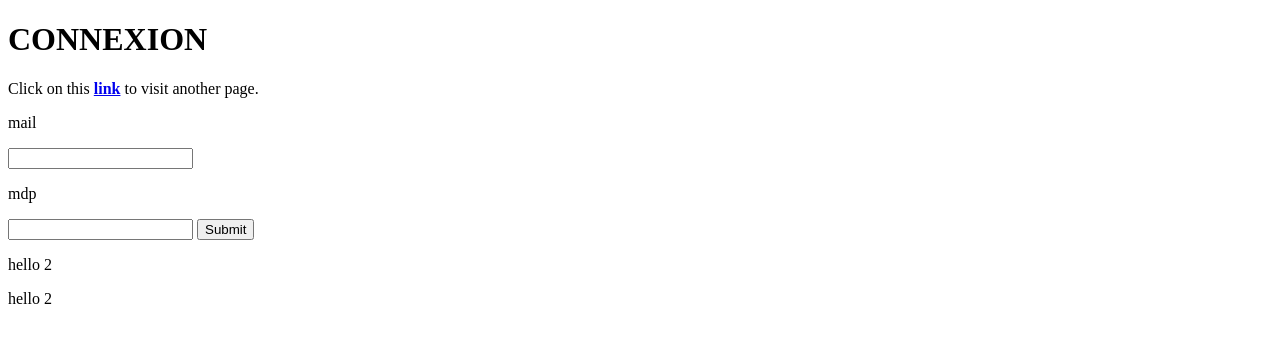
Repository: Shakibaei-2020/cra_spring_web
Page: http://localhost/cra/WEB-INF/view/Connexion.jsp
These files come from the project's save history. The page is drawn as it stood at one moment and after the next save; the edit follows.
The browser window is 1280 px wide. The pictures show the whole page.
The page is served by Tomcat 9. Nobody is signed in. Other server files are loaded and not shown. The template is opened directly, without the code that normally fills it, so the values that code supplies are empty.

Above is the page before, as saved 2021-04-16 13:02:50.

### Wrokspace Spring Projet Web/cra/src/main/webapp/WEB-INF/view/Connexion.jsp
<!DOCTYPE html>
<%@ taglib prefix="spring" uri="http://www.springframework.org/tags"%>
<html lang="en">
<body>
    <div>
        <div>
            <h1>CONNEXION</h1>
            Click on this <strong><a href="next">link</a></strong> to visit another page.
        </div>
    </div>



<form name="home" action="/home/Connexion" method="post">

	<p>mail</p>
    <input name="fieldName" type="text" />
    <p>mdp</p>
    <input name="fieldAge" type="text" />

    <input href="next" type="submit" value="Submit">
<form>

<p> hello 2 ${message2}</p>
<p> hello 2 ${message3}</p>


</body>
</html>

After the next save:
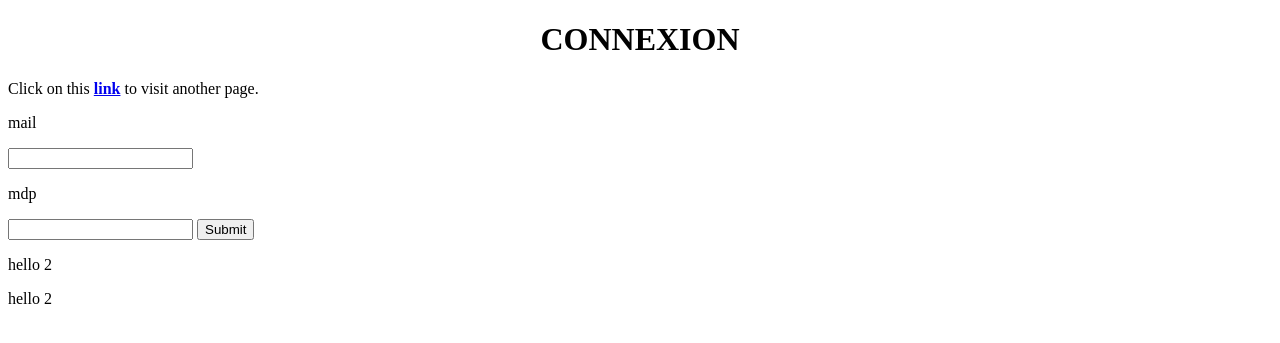
Saved 4 min 20 s later.
--- a/Wrokspace Spring Projet Web/cra/src/main/webapp/WEB-INF/view/Connexion.jsp
+++ b/Wrokspace Spring Projet Web/cra/src/main/webapp/WEB-INF/view/Connexion.jsp
@@ -2,12 +2,10 @@
 <%@ taglib prefix="spring" uri="http://www.springframework.org/tags"%>
 <html lang="en">
 <body>
-    <div>
-        <div>
-            <h1>CONNEXION</h1>
+
+        <center><h1>CONNEXION</h1></center>
             Click on this <strong><a href="next">link</a></strong> to visit another page.
-        </div>
-    </div>
+
 
 
 
